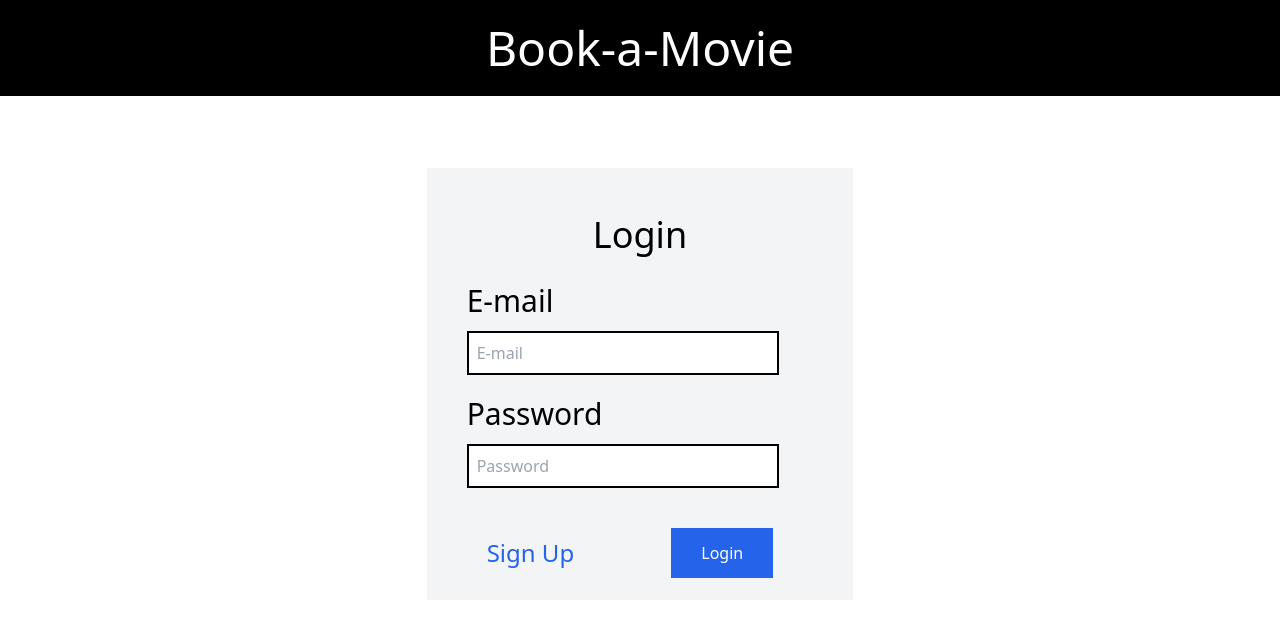
Repository: BhumilModi/movie-booking-app-assignment
Page: /booking
These files come from the project's save history. The page is drawn as it stood at one moment and after the next save; the edit follows.
The browser window is 1280 px wide. The pictures show the whole page.
The project was rebuilt for these pictures with package versions that can differ from the ones it lists, and the page was loaded fresh each time. Also part of the build but not shown: src/App.css, src/components/MovieCard.jsx, src/components/Home.jsx, src/components/SignUp.jsx.

Above is the page before, as saved 2022-11-30 00:28:18.

### src/index.js
import React from 'react';
import ReactDOM from 'react-dom/client';
import { BrowserRouter } from 'react-router-dom';
import App from './App';
import './index.css';

const root = ReactDOM.createRoot(document.getElementById('root'));
root.render(
  <React.StrictMode>
    <BrowserRouter>

      < App />
    </BrowserRouter>

  </React.StrictMode>
);

### src/App.js
import { useEffect } from 'react';
import { Route, Routes, useNavigate } from 'react-router-dom';
import './App.css';
import Booking from './components/Booking';
import Home from './components/Home';
import Login from './components/Login';
import SignUp from './components/SignUp';
function App() {
  const navigate = useNavigate()

  const fetchUser = () => {
    const userInfo = localStorage.getItem("user") !== undefined
      ? JSON.parse(localStorage.getItem("user"))
      : localStorage.clear();
    return userInfo;
  }

  // const user = fetchUser();

  useEffect(() => {
    const user = fetchUser()
    console.log(user)
    if (!user) {
      navigate("/login")
    }
  }, [])

  return (
    <Routes>
      <Route path='/' element={<Home />} />
      <Route path='/login' element={<Login />} />
      <Route path='/signUp' element={<SignUp />} />
      <Route path="/booking" element={<Booking />} />
    </Routes>
  );
}

export default App;

### src/components/Booking.jsx
import React from "react";
import Navbar from "./Navbar";
import Sidebar from "./Sidebar";

function Booking() {
  return (
    <div className="h-screen flex flex-col">
      <Navbar />
      <div className="flex flex-1 ">
        <Sidebar />
        <div className="flex-1 h-[85vh] p-10 flex justify-center items-center">
          <div className="w-2/3 bg-slate-200 h-[70vh] p-10 rounded-xl">
            <p className="text-[42px] font-semibold pb-5">Book Tickets</p>
            <div className="text-[25px] mb-2">Movie Name</div>
            <input
              type="text"
              className="w-[90%] border-2 border-black p-2"
              placeholder="Movie"
            />
            <div className="text-[25px] mt-4 mb-2">Number of Seats</div>
            <input
              type="number"
              className="w-[50%] border-2 border-black p-2"
              placeholder="Seats"
            />
            <div className="text-[25px] mt-4 mb-2">Date</div>
            <input type="date" className="w-[50%] border-2 border-black p-2" />
            <div className="flex justify-end items-center">
              <button className="bg-black p-2 px-5 mr-10 mt-7 text-white text-[24px] rounded-lg">
                Book Ticket
              </button>
            </div>
          </div>
        </div>
      </div>
    </div>
  );
}

export default Booking;

### src/components/Login.jsx
import React from "react";
import {Link, Route, Routes, useNavigate} from "react-router-dom";
import Navbar from "./Navbar";
function Login() {
  const navigate = useNavigate();
  const user = {
    name: "Bhumil",
  };
  const userLogin = () => {
    localStorage.setItem("user", JSON.stringify(user));
    navigate("/");
  };

  return (
    <div className="flex flex-col justify-center items-center">
      <Navbar />
      <div className="h-[60vh] bg-gray-100 w-1/3 my-[10vh] flex flex-col p-[40px]">
        <div className="text-[36px] mx-auto">Login</div>
        <div className="text-[30px] mt-4 mb-2">E-mail</div>
        <input
          type="text"
          className="w-[90%] border-2 border-black p-2"
          placeholder="E-mail"
        />
        <div className="text-[30px] mt-4 mb-2">Password</div>
        <input
          type="password"
          className="w-[90%] border-2 border-black p-2"
          placeholder="Password"
        />
        <div className="flex justify-between items-center mt-10 mr-10">
          <Link
            to="/signUp"
            className="text-[24px] ml-5 text-blue-600 cursor-pointer"
          >
            Sign Up
          </Link>
          <button
            className="bg-blue-600 w-1/3 h-[50px] text-white"
            onClick={() => userLogin()}
          >
            Login
          </button>
        </div>
      </div>
    </div>
  );
}

export default Login;

### src/components/Navbar.jsx
import React from "react";

function Navbar() {
  return (
    <div className="h-24 bg-black flex justify-center items-center w-full">
      <div className="text-white text-[48px]">Book-a-Movie</div>
    </div>
  );
}

export default Navbar;

### src/components/Sidebar.jsx
import React from "react";
import {useNavigate} from "react-router-dom";

function Sidebar() {
  const navigate = useNavigate();

  const userLogout = () => {
    localStorage.clear();
    navigate("/login");
  };

  return (
    <div className="w-1/5 h-full bg-gray-200 flex flex-col">
      <div className="flex flex-col justify-center items-center my-10 px-10 h-[20vh] ">
        <div className="text-2xl">Welcome,</div>
        <div className="text-2xl font-semibold">Bhumil Modi</div>
        <div className="text-md">bhumilmodi2002@gmail.com</div>
      </div>
      <div className="flex flex-col justify-between  flex-1">
        <ul>
          <li
            className="w-[80%] mx-auto px-5 h-10 border-black border-2 rounded-md text-[24px] my-5 cursor-pointer bg-white "
            onClick={() => navigate("/")}
          >
            Booked
          </li>
          <li
            className="bg-white w-[80%] mx-auto px-5 h-10 border-black border-2 rounded-md text-[24px] my-5 cursor-pointer"
            onClick={() => navigate("/booking")}
          >
            Book Ticket
          </li>
        </ul>
        <div
          className="bg-white w-[80%] mx-auto px-5 h-10 border-black border-2 rounded-md text-[24px] mb-10 cursor-pointer"
          onClick={() => userLogout()}
        >
          Logout
        </div>
      </div>
    </div>
  );
}

export default Sidebar;

Loaded but not shown: public/index.html (common file); src/index.css (common file); tailwind.config.js (common file)

After the next save:
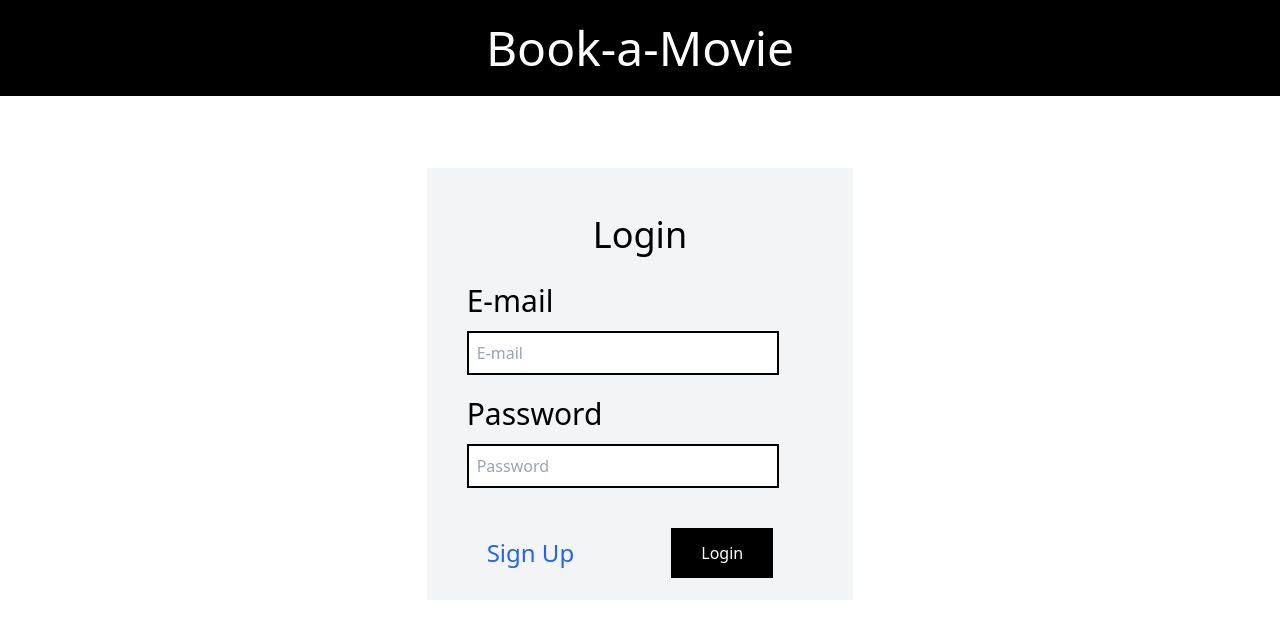
Saved 53 s later.
--- a/src/components/Login.jsx
+++ b/src/components/Login.jsx
@@ -36,7 +36,7 @@ function Login() {
             Sign Up
           </Link>
           <button
-            className="bg-blue-600 w-1/3 h-[50px] text-white"
+            className="bg-black w-1/3 h-[50px] text-white"
             onClick={() => userLogin()}
           >
             Login
